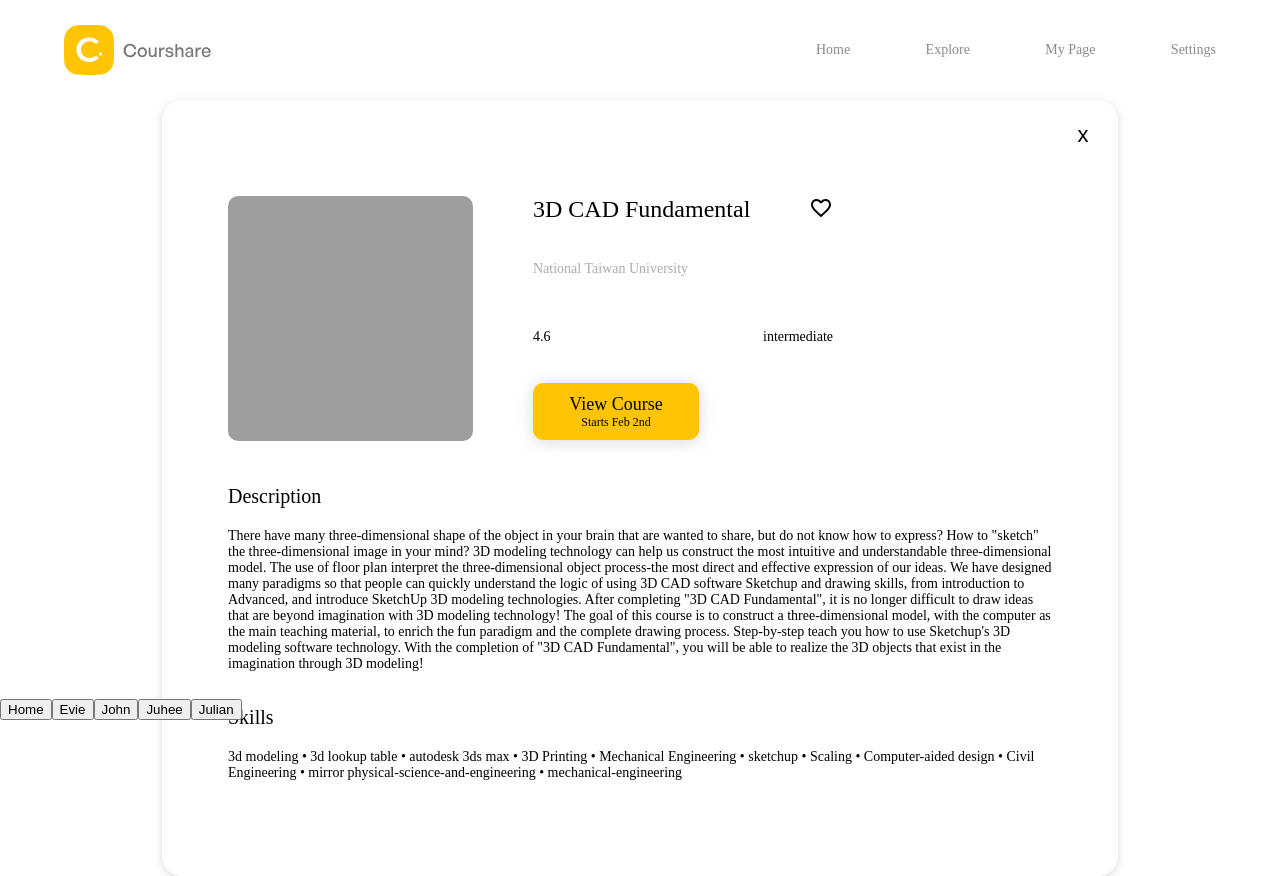
Repository: julianm09/courshare-app
Page: /comps/juhee
An editor plug-in stored every save of this project. The page is shown before and after the next save, followed by the edit.
The browser window is 1280 px wide. The pictures show the whole page.
Pictures or frames that could not be fetched are drawn as grey boxes. The project was rebuilt for these pictures with package versions that can differ from the ones it lists, and the page was loaded fresh each time. The framework's server and built-in components were replaced by stand-ins that run in the browser. Also part of the build but not shown: next.config.js.

Above is the page before, as saved 2022-02-07 14:52:03.

After the next save:
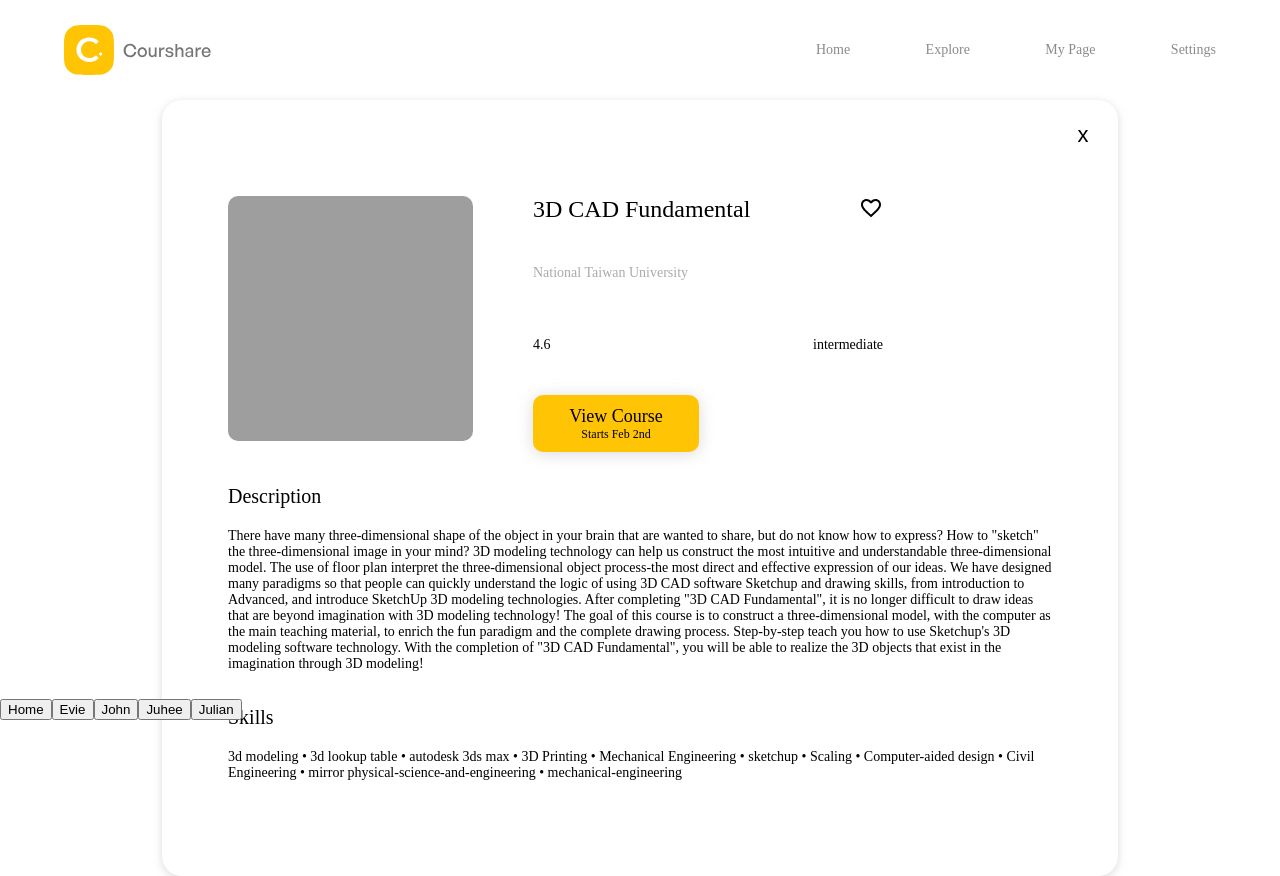
Saved 6 s later.
--- a/components/CourseDetailCard.js
+++ b/components/CourseDetailCard.js
@@ -64,7 +64,7 @@ const RightCont = styled.div`
   align-items: space-between;
 `;
 const RightSmallCont = styled.div`
-  width: 300px;
+  width: 350px;
   display: flex;
   flex-direction: row;
   justify-content: space-between;
